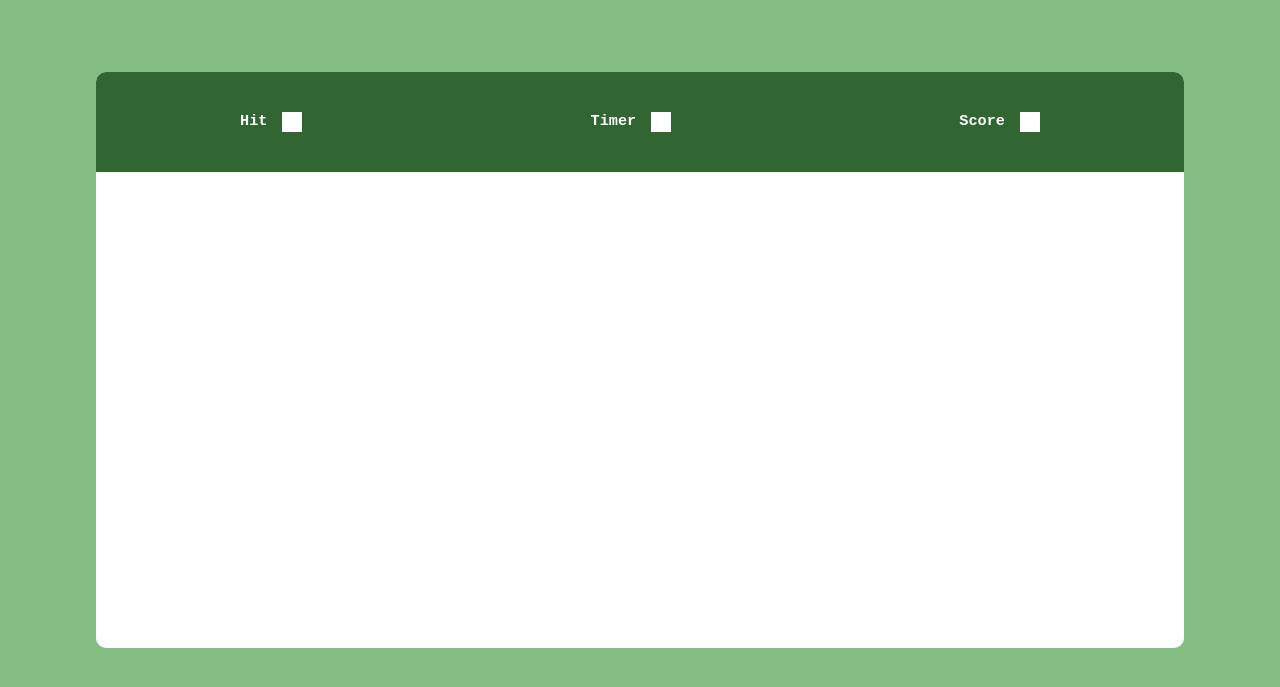
Repository: ketansharma22/BubbleGame
Page: index.html
These files come from the project's save history. The page is drawn as it stood at one moment and after a run of saves; the edit follows.
The browser window is 1280 px wide. The pictures show the whole page.

Above is the page before, as saved 2024-02-18 23:04:52.

After the next 2 saves:
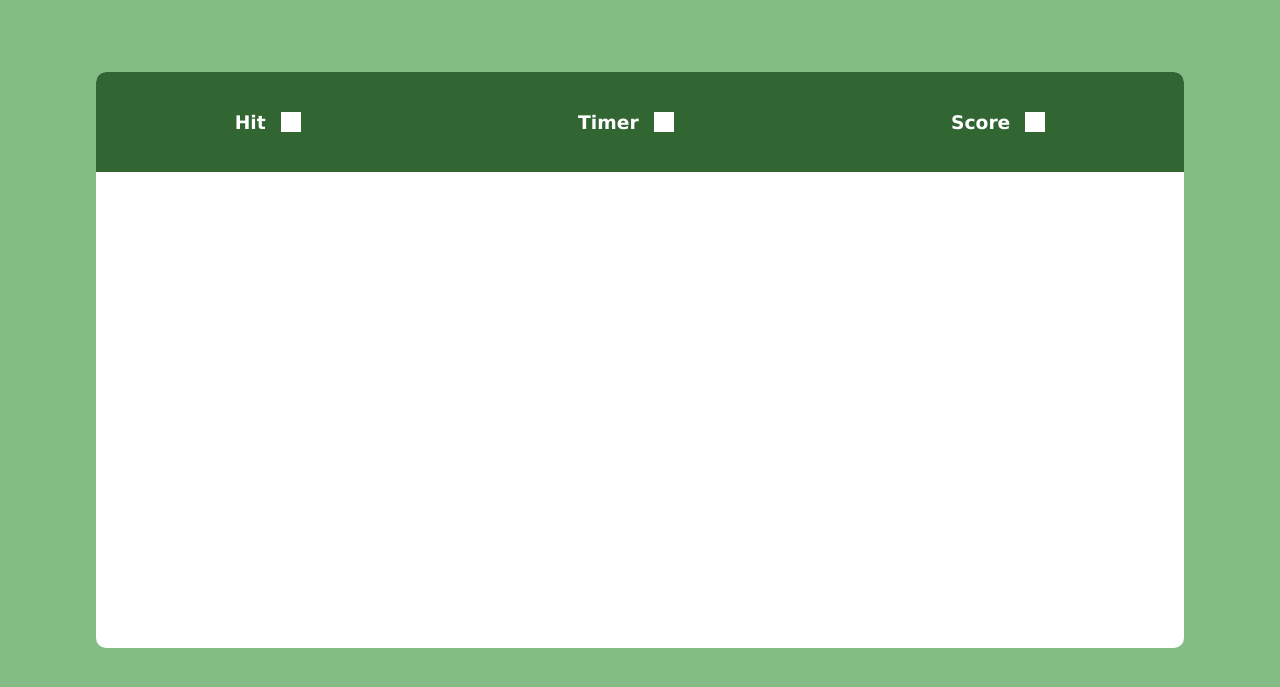
The 2 saves are shown as one change because they came seconds apart.
The last was saved 12 s later.
--- a/styles.css
+++ b/styles.css
@@ -2,7 +2,7 @@
     margin: 0;
     padding: 0;
     box-sizing: border-box;
-    font-family:monospace
+    font-family:'Lucida Sans', 'Lucida Sans Regular', 'Lucida Grande', 'Lucida Sans Unicode', Geneva, Verdana, sans-serif
 }
 html,body{
     width: 100%;
